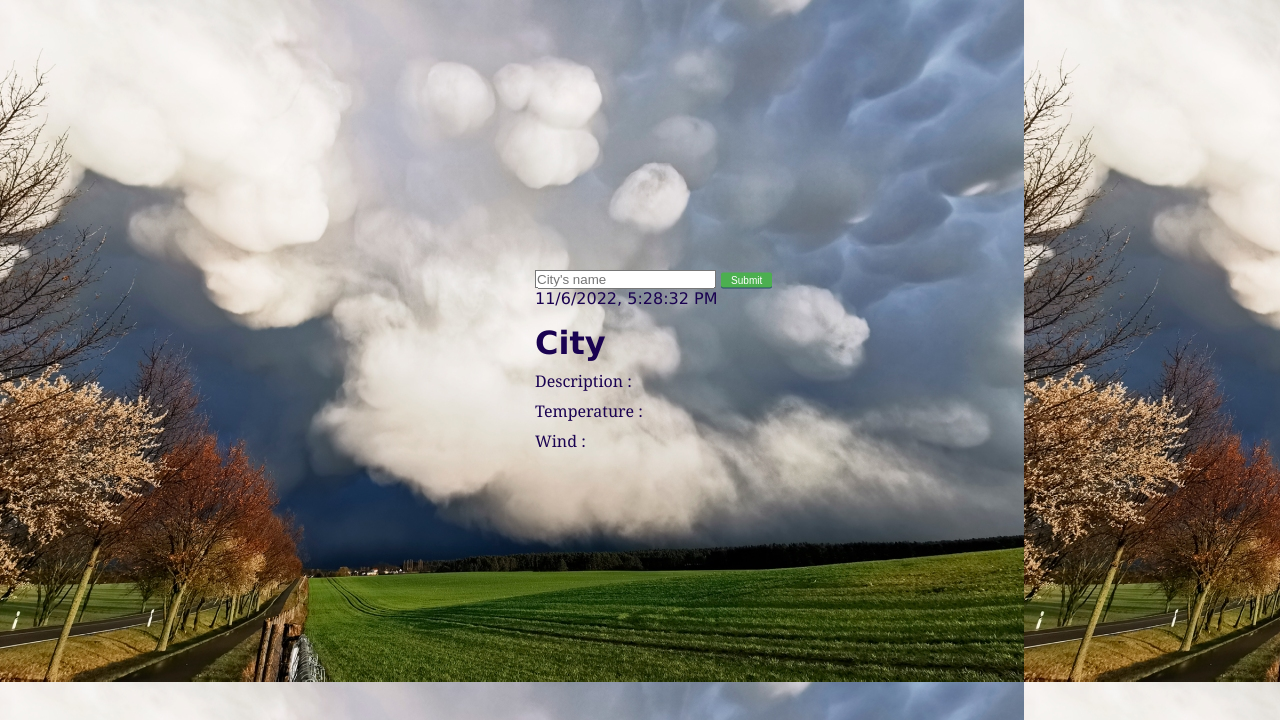
Repository: heartbreathing/searchWeather
Page: index.html
An editor plug-in stored every save of this project. The page is shown before and after a run of saves, followed by the edit.
The browser window is 1280 px wide. The pictures show the whole page.

Above is the page before, as saved 2022-11-06 23:01:53.

### index.html
<!DOCTYPE html>
<html lang="en">
  <head>
    <meta charset="UTF-8" />
    <meta http-equiv="X-UA-Compatible" content="IE=edge" />
    <meta name="viewport" content="width=device-width, initial-scale=1.0" />
    <title>search_weather</title>
    <link rel="stylesheet" href="index.css" />
  </head>
  <body>
    <div class="content">

      <form class="form">
        <input type="text" name="name" placeholder="City's name" />
        <button type="submit" class="btn">Submit</button>
      </form>
      <div class="time"></div>
      <h1><span class="name" >City</span></h1>
      <p class="content_line">Description :<span class="description"></span></p>
      <p class="content_line">
        Temperature : <span class="temperature"></span>
      </p>
      <p class="content_line">Wind :<span class="wind"></span></p>

    </div>

    <script src="index.js"></script>
  </body>
</html>

### index.css
* {
    margin: 0;
    padding: 0;
    box-sizing: border-box ;
}
body {
    background-image: url(./image/background_image.jpg) ;
    font-family: 'Lucida Sans', 'Lucida Sans Regular', 'Lucida Grande', 'Lucida Sans Unicode', Geneva, Verdana, sans-serif ;
    color: rgb(26, 2, 81);
}
.content {
    position: absolute;
    display: inline-block;
    width: 300px;
    top:50%;
    left:50%;
    transform: translate(-35%, -50%);
    row-gap: 1rem;
}
h1 {
    margin-top: 1rem;
}
.content_line {
    font-family:Cambria, Cochin, Georgia, Times, 'Times New Roman', serif ;
    font-size: 1rem;
    margin-top: 0.5rem;
}
.btn {
    background-color: #4CAF50; /* Green */
    border: none;
    color: white;
    padding: 2px 10px;
    text-align: center;
    text-decoration: none;
    display: inline-block;
    font-size: 10px;
    border-radius: 2px;
    box-shadow: 0 1px #27496d;

}

### index.js
    "use strict";
      let timeEl = document.querySelector('.time')
      function getTime() {
        timeEl.innerHTML = new Date().toLocaleString();
        // setTimeout(getTime, 1000);
      }
      getTime();


      let form = document.querySelector('.form');
      let city;

      async function getData() {
        let res = await fetch(
          `https://goweather.herokuapp.com/weather/${city}`
        );
        const data = await res.json();

        const temp = document.querySelector('.temperature');
        const wind = document.querySelector('.wind');
        const forecast = document.querySelector('.content');
        const description = document.querySelector('.description');
        // const name = document.querySelector('.name')

        temp.innerHTML = data.temperature;
        wind.innerHTML = data.wind;
        description.innerHTML = data.description;
        // name.innerHTML = city

      }

      form.addEventListener('submit', function (event) {
        event.preventDefault();
        city = this.elements.name.value;
        getData();
      });

After the next 3 saves:
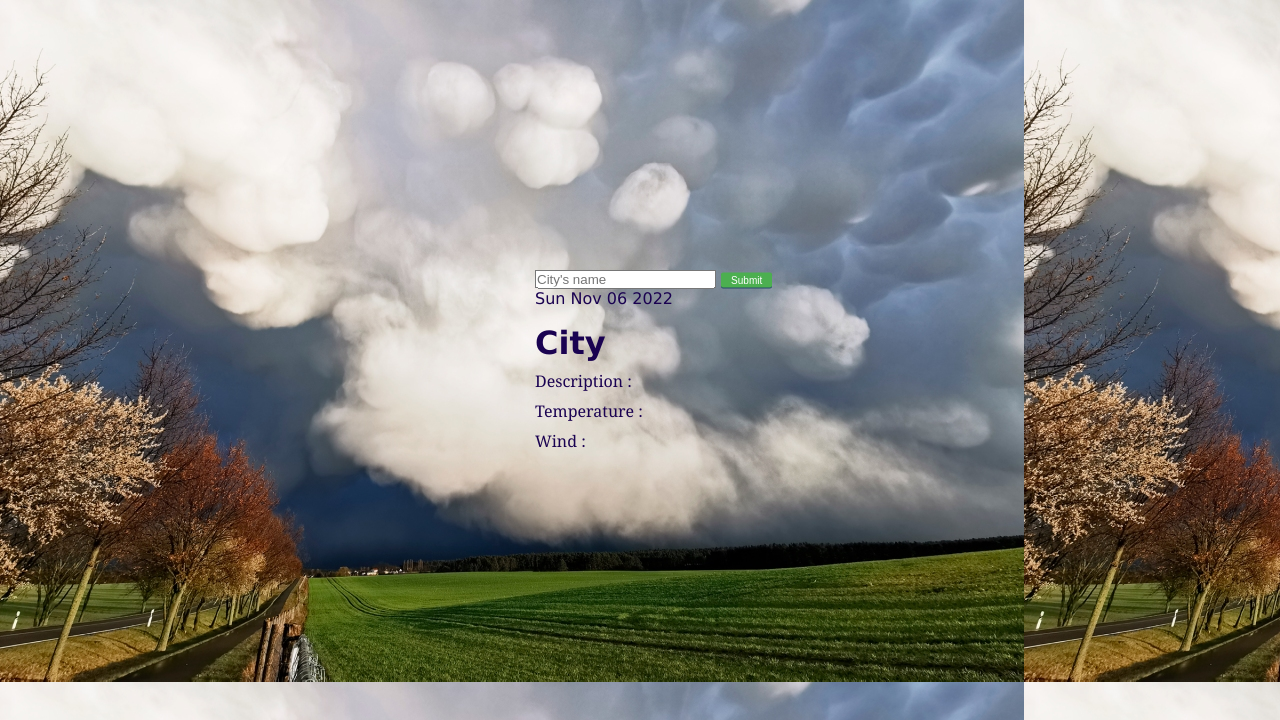
The 3 saves are shown as one change because they came seconds apart.
The last was saved 14 s later.
--- a/index.js
+++ b/index.js
@@ -1,7 +1,7 @@
     "use strict";
       let timeEl = document.querySelector('.time')
       function getTime() {
-        timeEl.innerHTML = new Date().toLocaleString();
+        timeEl.innerHTML = new Date().toDateString();
         // setTimeout(getTime, 1000);
       }
       getTime();
